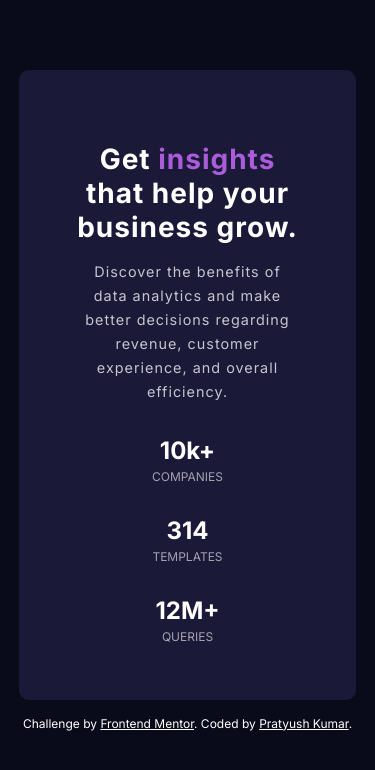
Repository: PratypartyY2K/frontendmentor-challenges
Page: stats-preview-card-component-main/index.html
The author's editor kept a copy of each file at every save. The page is drawn from the files as they stood at one save, then again after the next save.
The browser window is 375 px wide. The pictures show the whole page.

Above is the page before, as saved 2021-07-14 02:35:21.

After the next save:
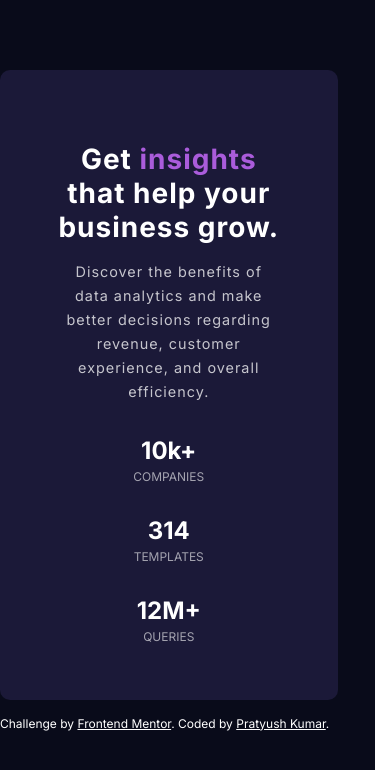
Saved 13 s later.
--- a/stats-preview-card-component-main/style.css
+++ b/stats-preview-card-component-main/style.css
@@ -91,7 +91,7 @@
     body {
         padding: 0;
         overflow-x: hidden;
-        justify-content: baseline;
+        align-items: flex-start;
     }
     .card-wrapper {
         flex-direction: column-reverse;

After the 4 saves that followed:
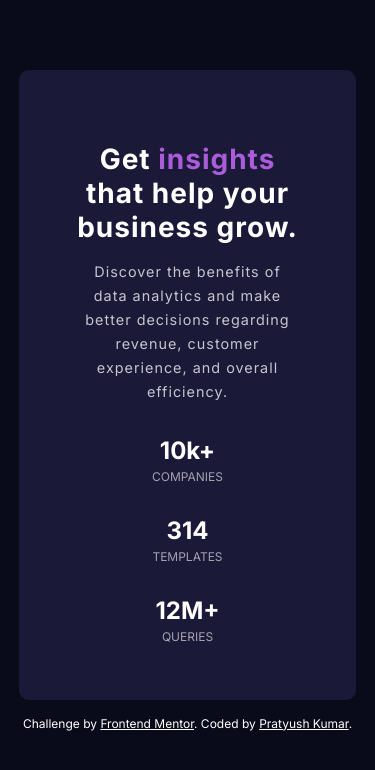
The 4 saves are shown as one change because 3 left the picture as it was.
The last was saved 46 s later.
--- a/stats-preview-card-component-main/style.css
+++ b/stats-preview-card-component-main/style.css
@@ -89,9 +89,8 @@
 @media only screen and (max-width: 600px) {
 
     body {
-        padding: 0;
-        overflow-x: hidden;
-        align-items: flex-start;
+        min-width: 100vw;
+
     }
     .card-wrapper {
         flex-direction: column-reverse;
